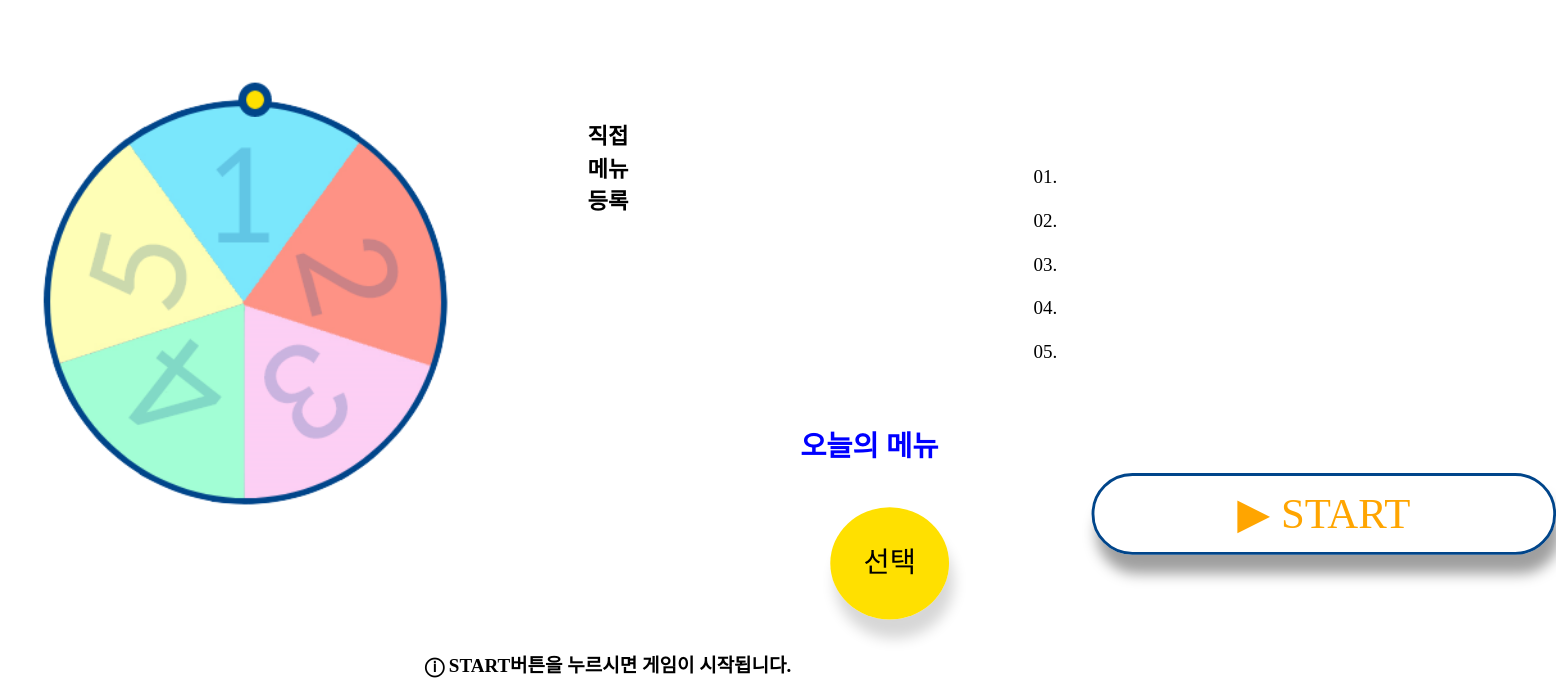
Repository: hkh00700/JustDoEat_Web
Page: http://localhost/justdoeat/WEB-INF/views/game/roulette.jsp
An editor plug-in stored every save of this project. The page is shown before and after the next save, followed by the edit.
The browser window is 1280 px wide. The page is 1638 px wide, so the pictures cover 1638 px, including what lies to the right of the window. The pictures show the whole page, at 95% of full size.
The page is served by Tomcat 9. Nobody is signed in. The template is opened directly, without the code that normally fills it, so the values that code supplies are empty.

Above is the page before, as saved 2021-05-19 01:29:59.
Console error: SyntaxError: Invalid or unexpected token

After the next save:
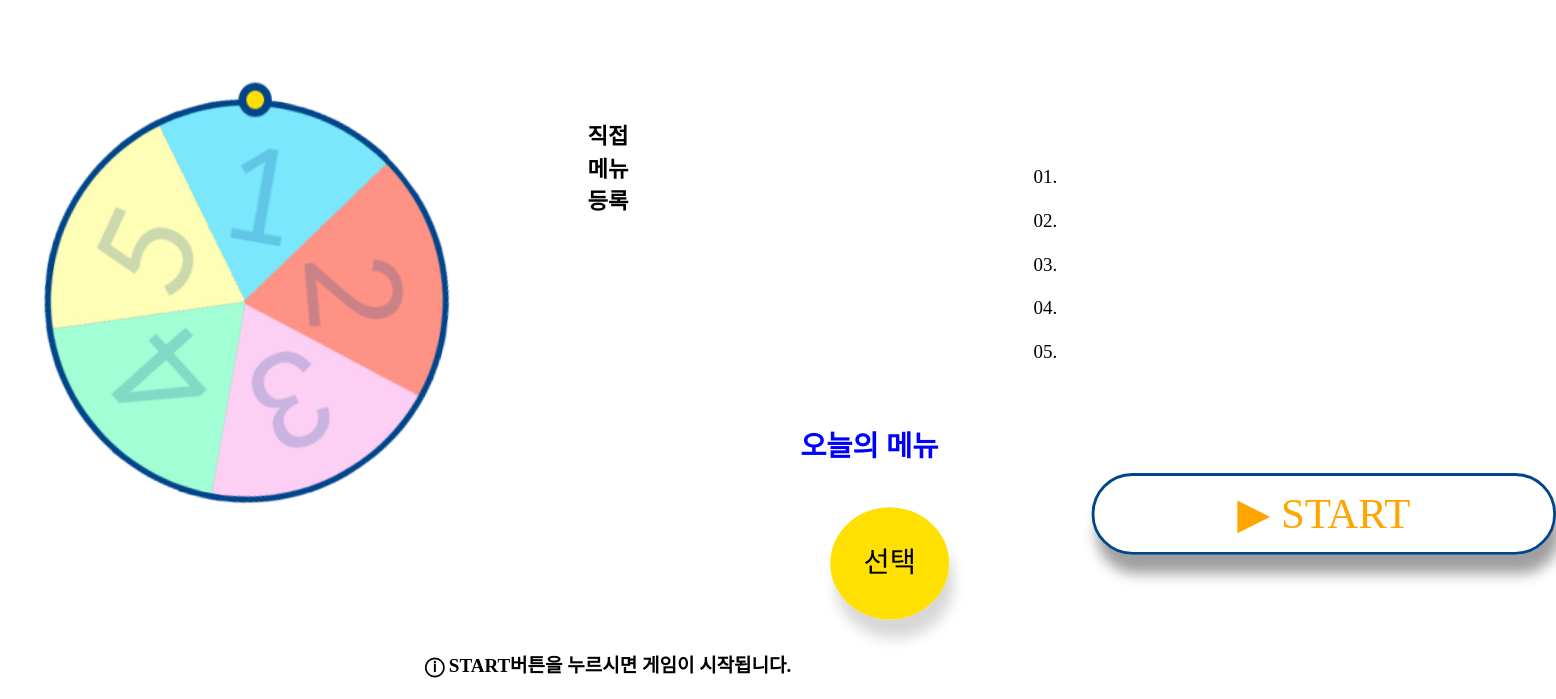
Saved 10 s later.
--- a/justdoeat/src/main/webapp/WEB-INF/views/game/roulette.jsp
+++ b/justdoeat/src/main/webapp/WEB-INF/views/game/roulette.jsp
@@ -57,7 +57,7 @@
      transform: rotate(0deg);
    }
    to {
-     transform: rotate((Math.rand()*50)deg);
+     transform: rotate(730deg);
    }
  }
 

After the 2 saves that followed:
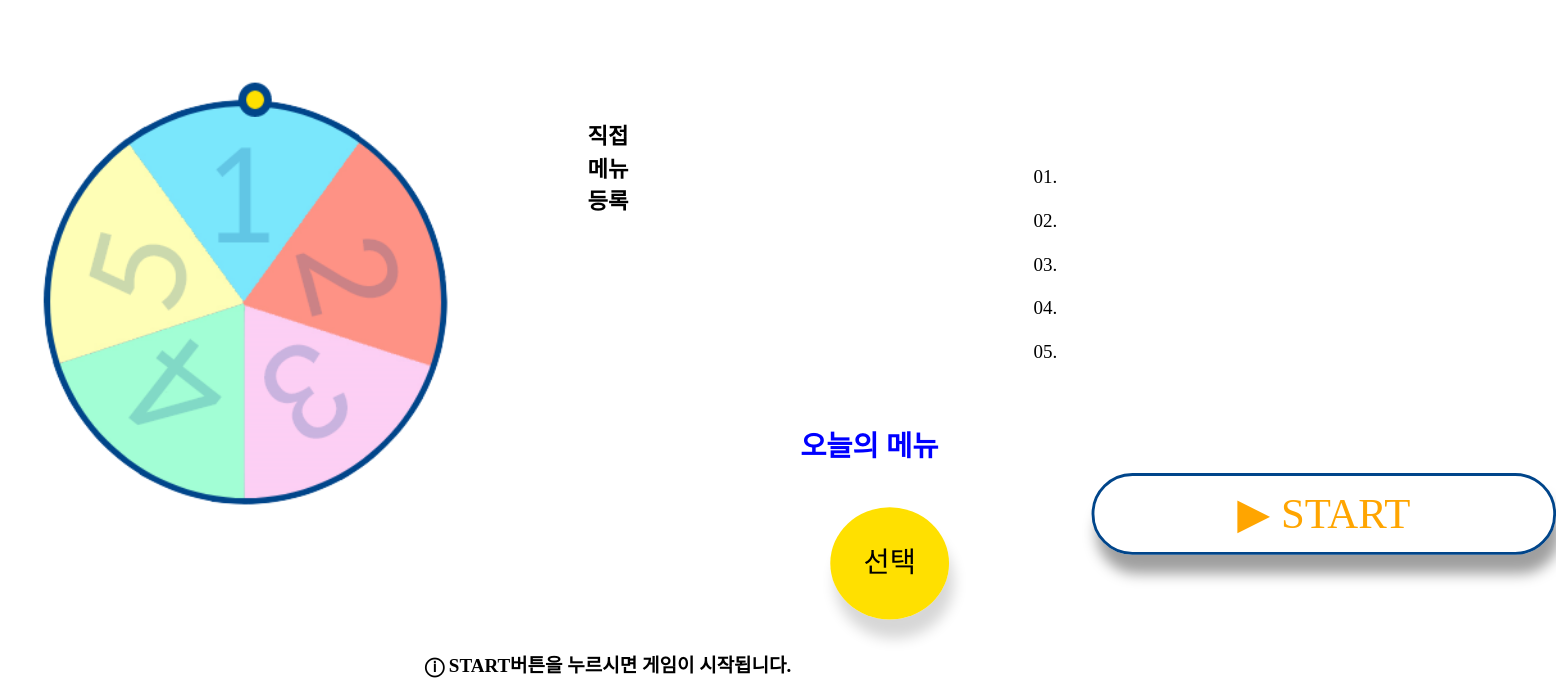
The 2 saves are shown as one change because 1 left the picture as it was.
The last was saved 7 min 10 s later.
--- a/justdoeat/src/main/webapp/WEB-INF/views/game/roulette.jsp
+++ b/justdoeat/src/main/webapp/WEB-INF/views/game/roulette.jsp
@@ -52,12 +52,15 @@
 @keyframes rotation {
 	int random = getRandom(360);
 	float fromAngle = random+720+angle;
+    RotateAnimation animation = new RotateAnimation(angle, fromAngle
+            , Animation.RELATIVE_TO_SELF, 0.5f, Animation.RELATIVE_TO_SELF, 0.5f);
 
    from {
      transform: rotate(0deg);
    }
    to {
-     transform: rotate(730deg);
+     transform: rotate(730deg),(self.x + self.image.get_width() / 2 - self.rotated_image.get_width() / 2,
+                                         self.y + self.image.get_height() / 2 - self.rotated_image.get_height() / 2);
    }
  }
 
